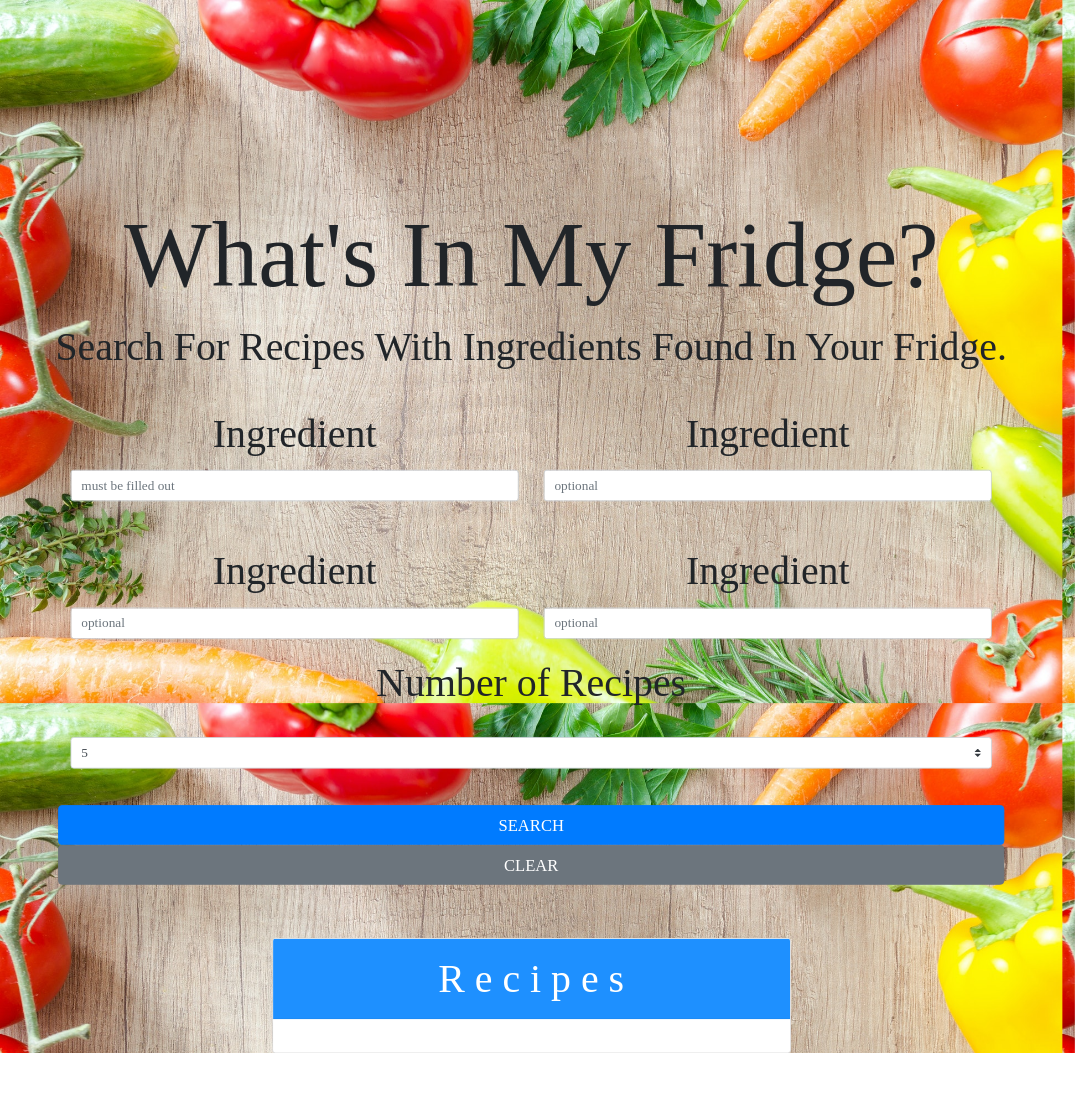
Repository: ogipajic/Recipe_API
Page: index.html
These files come from the project's save history. The page is drawn as it stood at one moment and after the next save; the edit follows.
The browser window is 1280 px wide. The page is 1295 px wide, so the pictures cover 1295 px, including what lies to the right of the window. The pictures show the whole page, at 83% of full size.
The page's requests for data from a server got no answer. Backgrounds fixed to the window are drawn as part of the page. Some web fonts or font styles are not loaded; a fallback is used.

Above is the page before, as saved 2020-07-13 16:26:24.

After the next save:
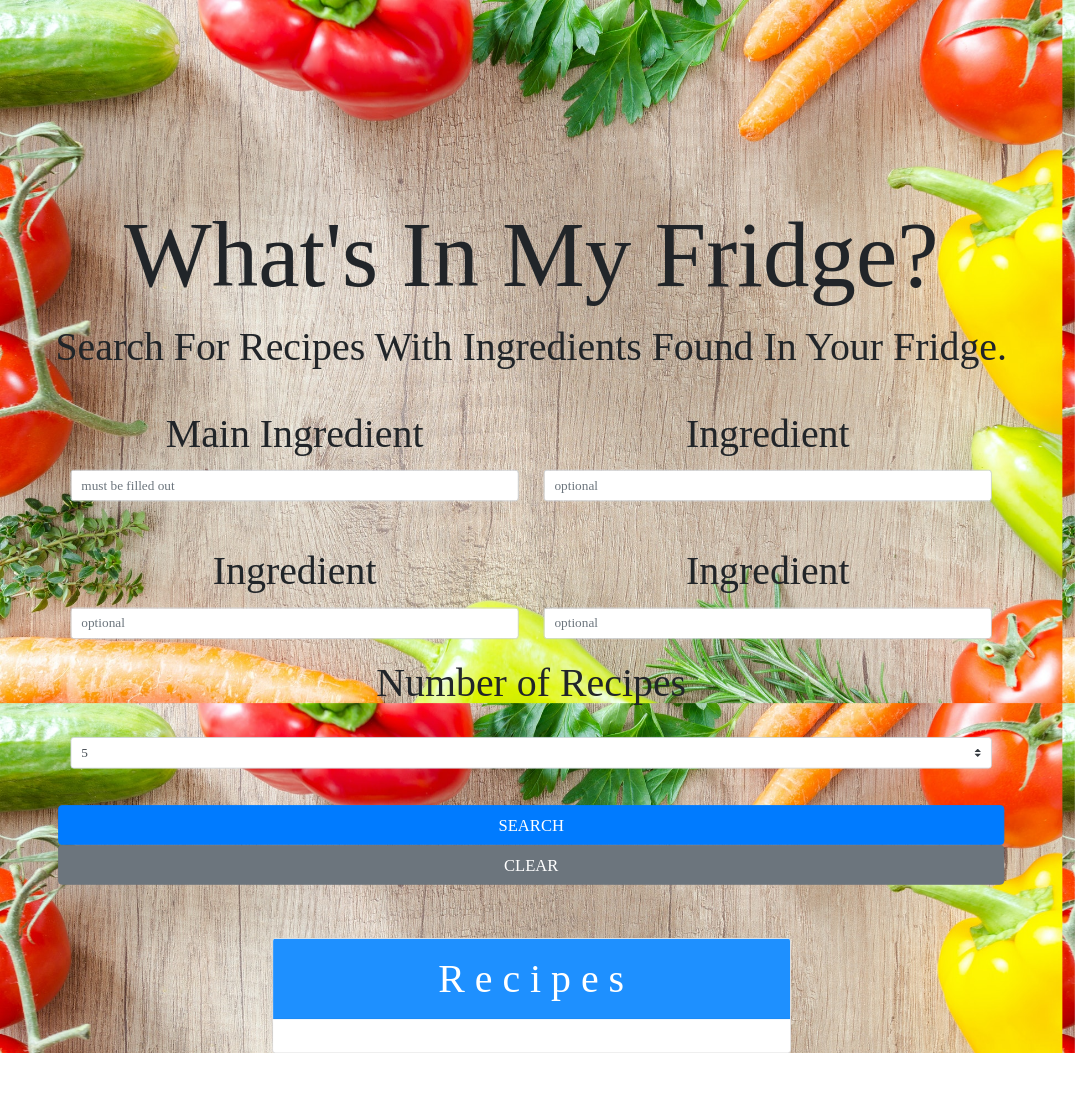
Saved 3 min 43 s later.
--- a/index.html
+++ b/index.html
@@ -38,7 +38,7 @@
           <div class="row">
               <div class="col-sm-6">
         <div class="form-group">
-          <label for="exampleFormControlInput1">Ingredient</label>
+          <label for="exampleFormControlInput1">Main Ingredient</label>
           <input type="text" class="form-control" id="exampleFormControlInput1" placeholder="must be filled out">
         </div>
               </div>
@@ -82,7 +82,7 @@
         <div class="row">
             <!--Using type="submit" allows the user to hit enter as well as click submit-->
 
-            <button type="submit" id="getRecipe" class="btn btn-primary btn-lg btn-block">SEARCH</button>
+            <button type="submit" id="run-search" class="btn btn-primary btn-lg btn-block">SEARCH</button>
             <p id="results"></p>
             <button type="button" id="clearBtn" class="btn btn-secondary btn-lg btn-block">CLEAR</button>
             </div>
